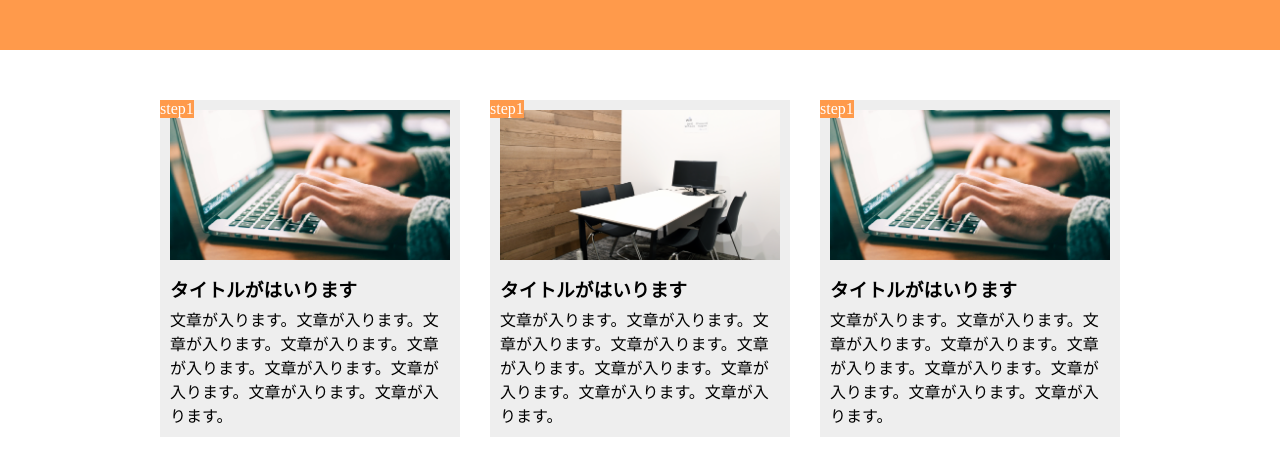
Repository: HARUNIKA/dmm-webcamp
Page: chapter9/chapter9.html
The author's editor kept a record of every edit. The page is drawn from the files as they stood at one moment, then again after the next edit.
The browser window is 1280 px wide. The pictures show the whole page.

Above is the page before.

After the next edit:
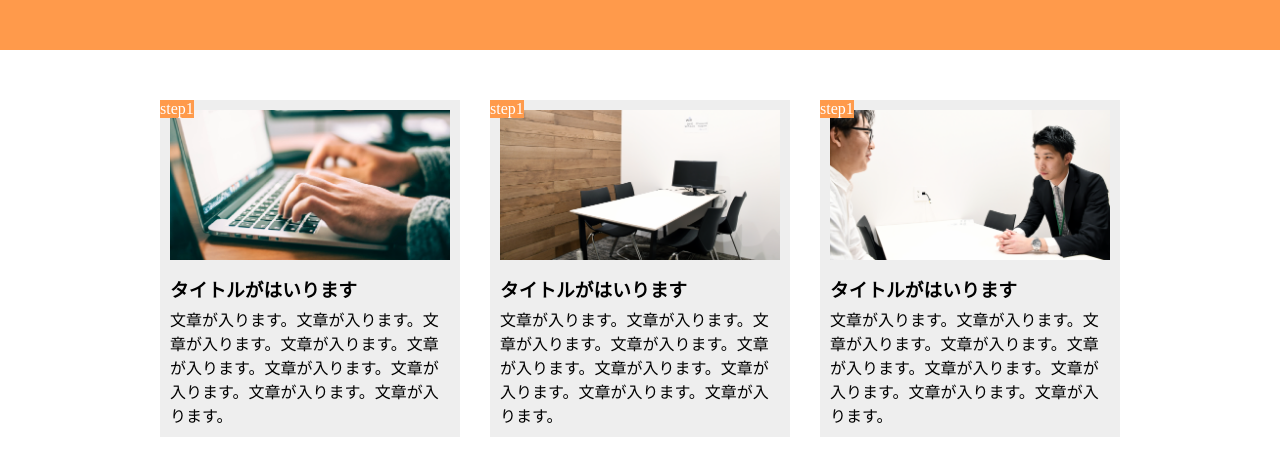
The edit:
--- a/chapter9/chapter9.html
+++ b/chapter9/chapter9.html
@@ -21,7 +21,7 @@
         <p class="text">文章が入ります。文章が入ります。文章が入ります。文章が入ります。文章が入ります。文章が入ります。文章が入ります。文章が入ります。文章が入ります。</p>
       </div>
        <div class="step-box">
-        <div class="step-img1"></div>
+        <div class="step-img3"></div>
         <span class="step-num">step1</span>
         <h3 class="title">タイトルがはいります</h3>
         <p class="text">文章が入ります。文章が入ります。文章が入ります。文章が入ります。文章が入ります。文章が入ります。文章が入ります。文章が入ります。文章が入ります。</p>
